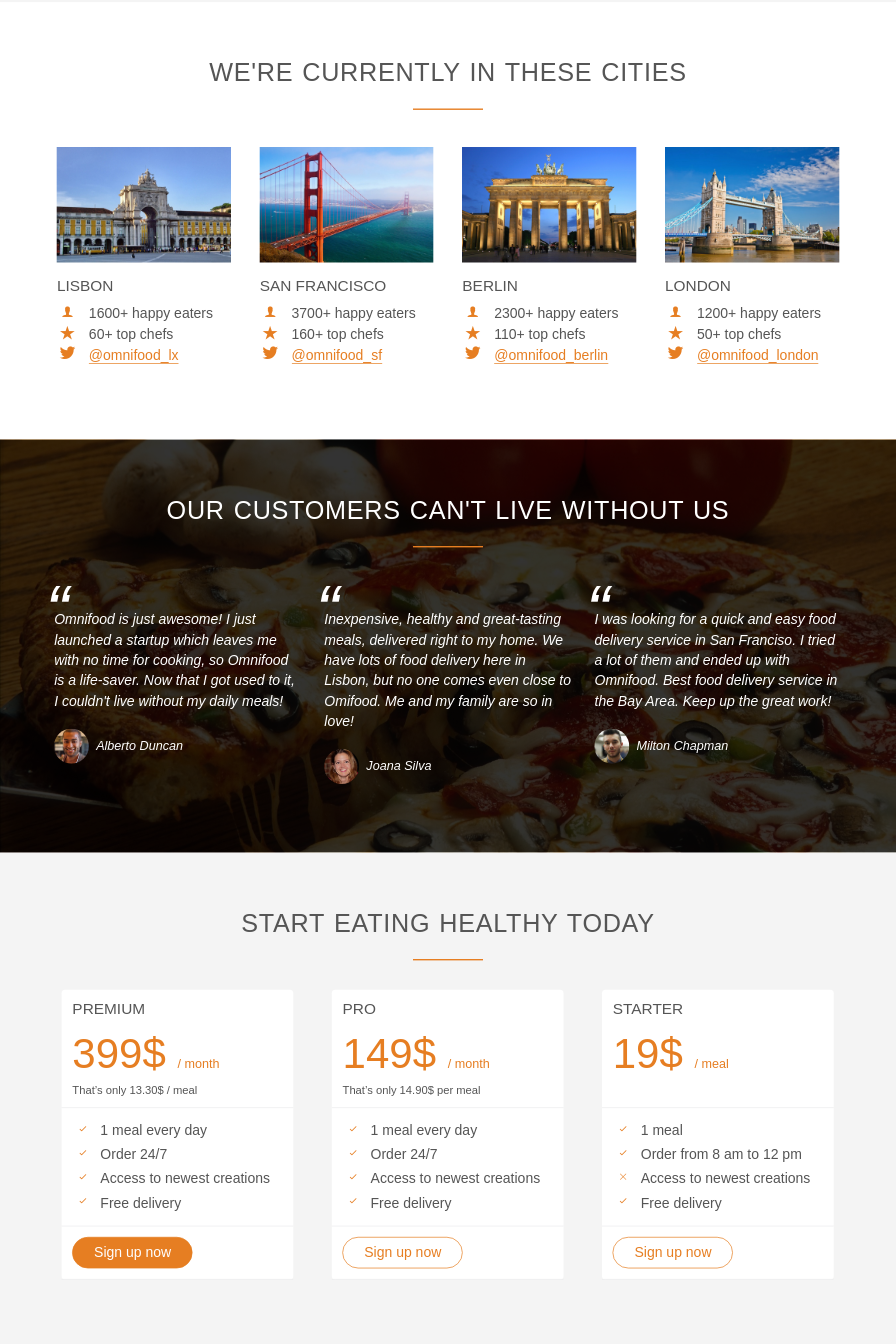
Repository: pboi18/E-Foods
Page: index.html
An editor plug-in stored every save of this project. The page is shown before and after the next save, followed by the edit.
The browser window is 1280 px wide. The pictures show the part of the page from y = 2660 to 4580 px (the page is 4580 px tall before and 4579 px after), at 70% of full size.
Backgrounds fixed to the window are drawn as part of the page.

Above is the page before, as saved 2020-07-13 22:11:36.

After the next save:
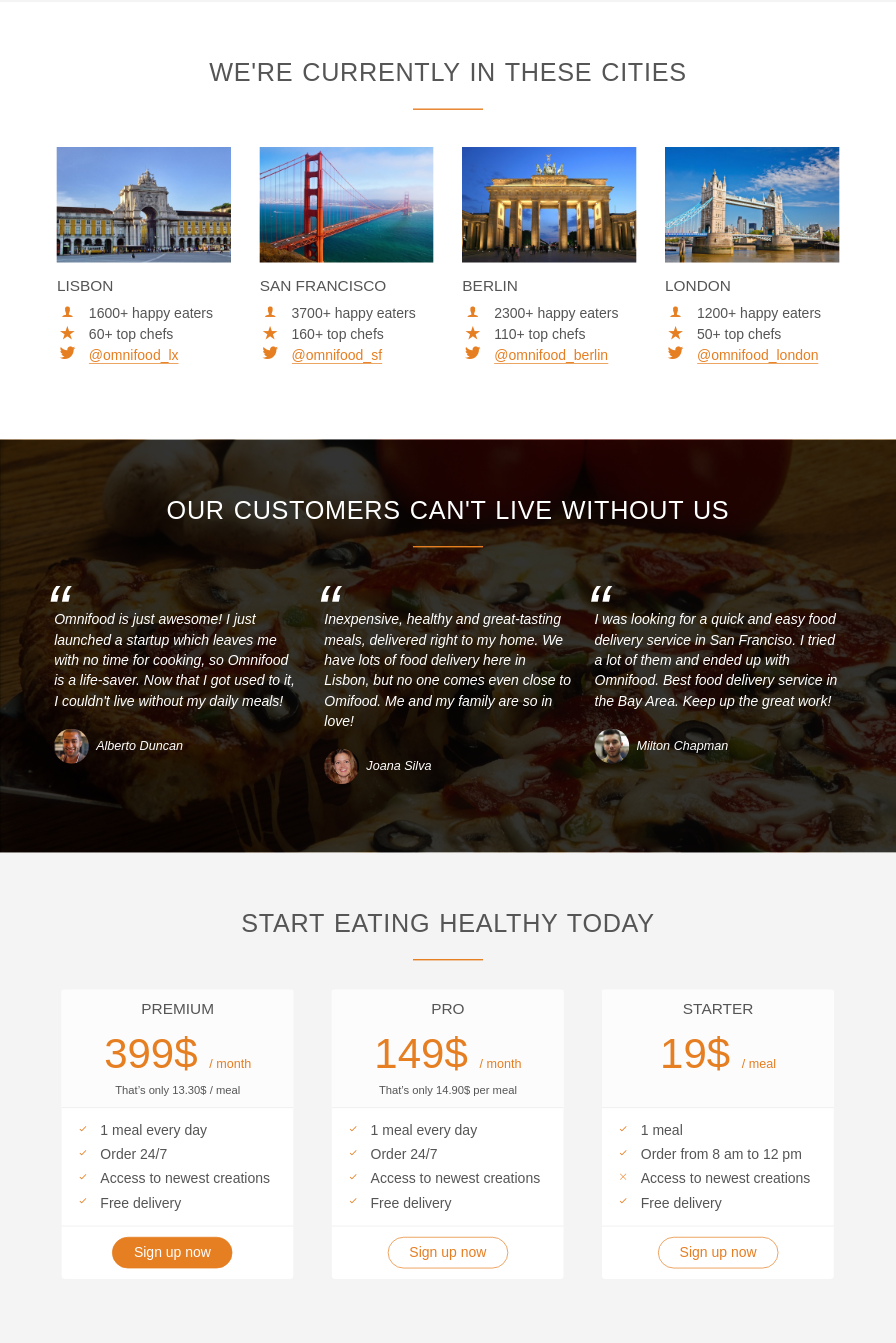
Saved 6 min 10 s later.
--- a/resources/css/style.css
+++ b/resources/css/style.css
@@ -459,3 +459,13 @@ cite img {
 .plan-box ul li {
     padding: 5px 0;
 }
+
+
+.plan-box div:first-child {
+    text-align: center;
+    background-color: #fcfcfc;
+}
+.plan-box div:last-child {
+    text-align: center;
+    border: none;
+}
